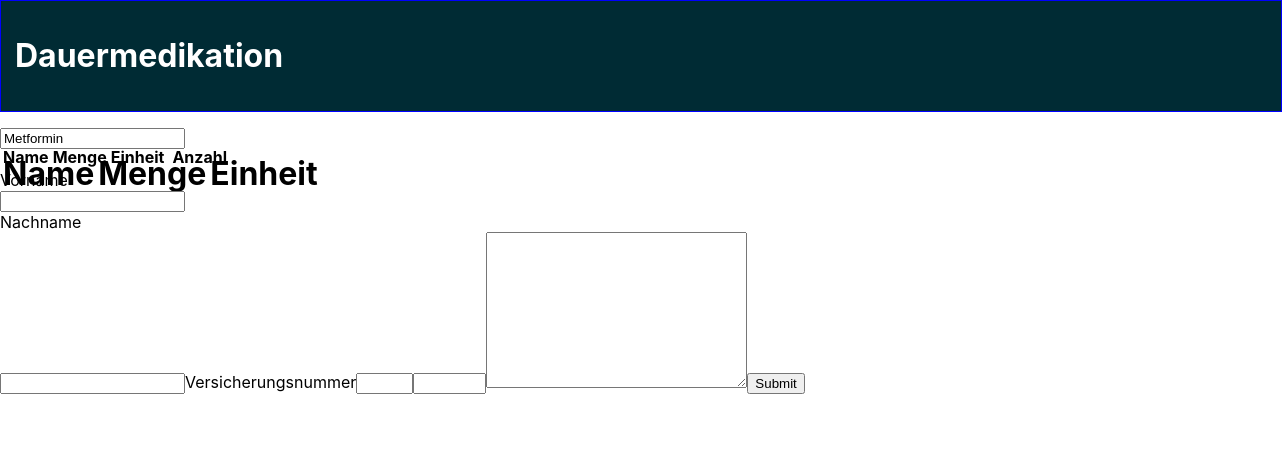
Repository: Esatollah/MedDemo
Page: / (app in client/)
These files come from the project's save history. The page is drawn as it stood at one moment and after the next save; the edit follows.
The browser window is 1280 px wide. The page is 1282 px wide, so the pictures cover 1282 px, including what lies to the right of the window. The pictures show the whole page.
The page's requests for data from a server got no answer. The project was rebuilt for these pictures with package versions that can differ from the ones it lists, and the page was loaded fresh each time. No one was signed in, and anything a server would have sent is missing. Also part of the build but not shown: client/src/App.css, client/src/Routes/Bestellungen.jsx.

Above is the page before, as saved 2022-06-10 08:44:50.

After the next save:
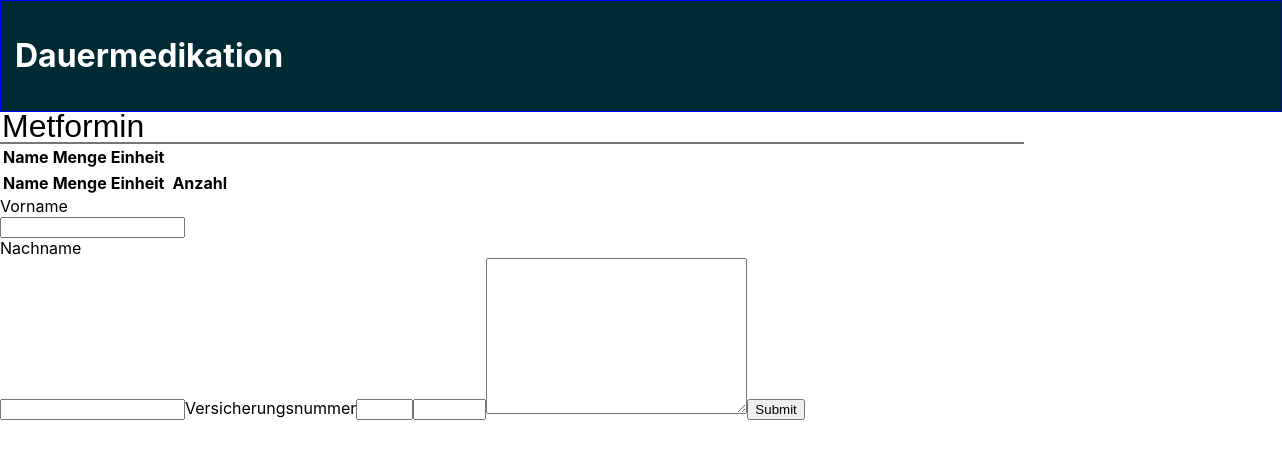
Saved 56 s later.
--- a/client/src/Styles/SearchStyles.js
+++ b/client/src/Styles/SearchStyles.js
@@ -1,6 +1,7 @@
 import styled from 'styled-components';
 
 export const SearchWrap = styled.div`
+    #search {
     width:80%;
     height: 2rem;
     outline:none;
@@ -8,6 +9,7 @@ export const SearchWrap = styled.div`
     border-right: hidden;
     border-left: hidden;
     font-size: 2rem;
+}
 
 .table-container {
     max-height: 200px;
